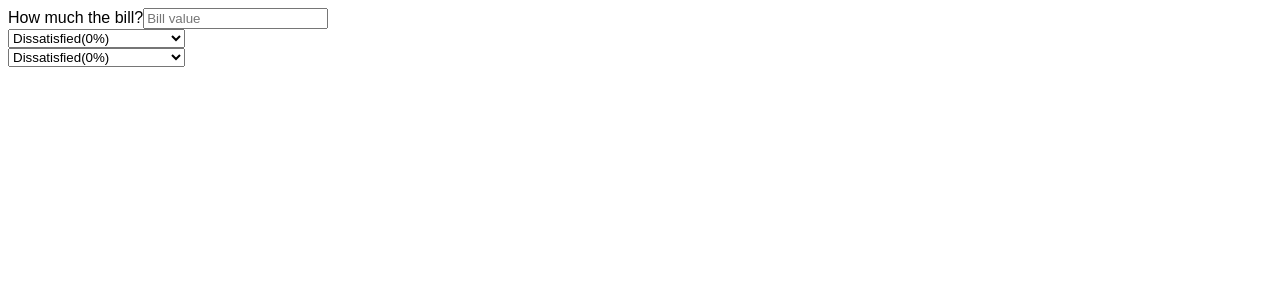
Repository: masamichan/Tip-Calculator
Page: /
The author's editor kept a copy of each file at every save. The page is drawn from the files as they stood at one save, then again after the next save.
The browser window is 1280 px wide. The pictures show the whole page.
The project was rebuilt for these pictures with package versions that can differ from the ones it lists, and the page was loaded fresh each time.

Above is the page before, as saved 2024-01-25 10:11:54.

After the next save:
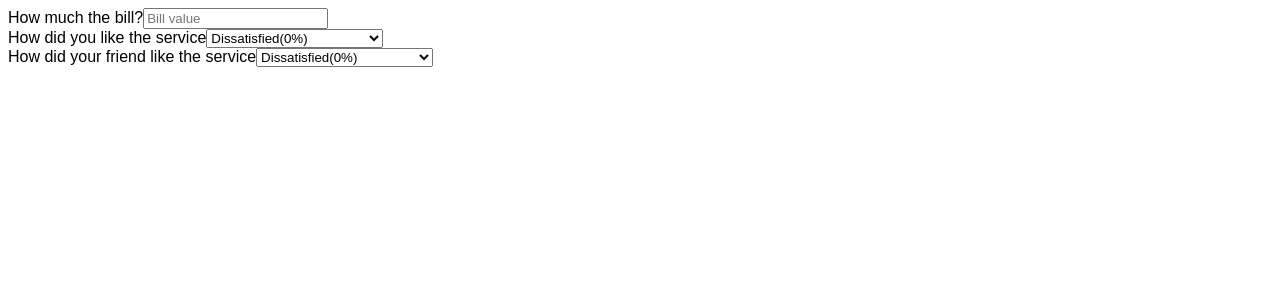
Saved 57 s later.
--- a/src/App.js
+++ b/src/App.js
@@ -32,6 +32,7 @@ function BillInput() {
 function SelectPercentage({ children }) {
   return (
     <div>
+      <lable>{children}</lable>
       <select>
         <option value="0">Dissatisfied(0%)</option>
         <option value="5">It was okay(5%)</option>
